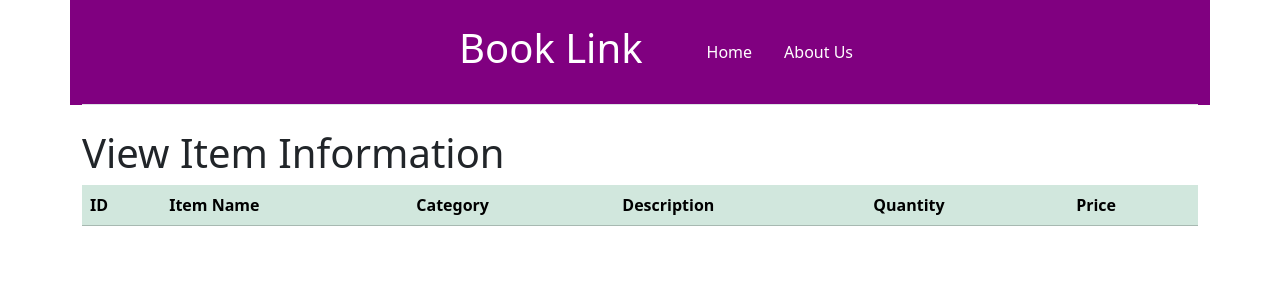
Repository: nyeinsu4520/coursera-test
Page: http://localhost/view_items
The author's editor kept a copy of each file at every save. The page is drawn from the files as they stood at one save, then again after the next save.
The browser window is 1280 px wide. The pictures show the whole page.
The page is this project's Thymeleaf template; nobody is signed in. The template is opened directly, without the code that normally fills it, so the values that code supplies are empty.

Above is the page before, as saved 2024-05-28 04:04:07.

After the next save:
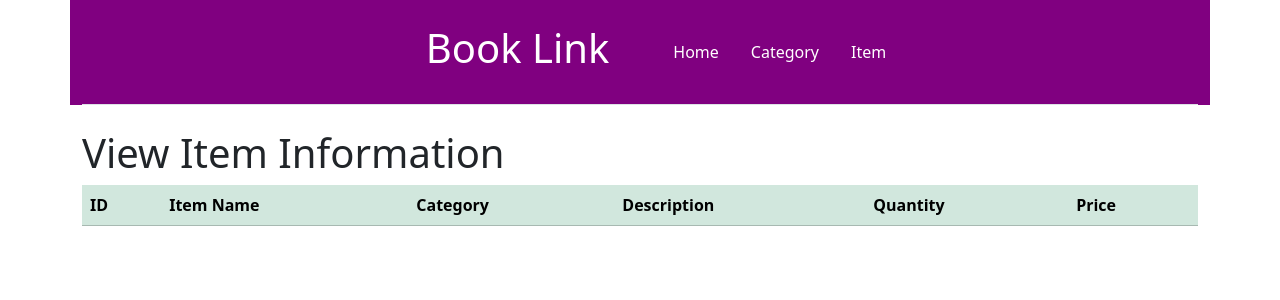
Saved 7 s later.
--- a/BookLink/src/main/resources/templates/view_items.html
+++ b/BookLink/src/main/resources/templates/view_items.html
@@ -23,13 +23,13 @@
     <nav class="navbar">
      <h1 class="px-5 text-white">Book Link</h1>
       <ul class="nav nav-pills purple-nav-link">
-        <li class="nav-item"><a href="#" class="nav-link " aria-current="page">Home</a></li>
-        <li class="nav-item"><a href="#" class="nav-link">About Us</a></li>
+        <li class="nav-item"><a href="index.html" class="nav-link " aria-current="page">Home</a></li>
+        <li class="nav-item"><a href="view_Categoryies.html" class="nav-link">Category</a></li>
+        <li class="nav-item"><a href="view_items.html" class="nav-link">Item</a></li>
       </ul>
      </nav>
     </header>
   </div>
-
 <div class="container">
 <h1 >View Item Information</h1>
 	<table class="table table-hover table-success">
